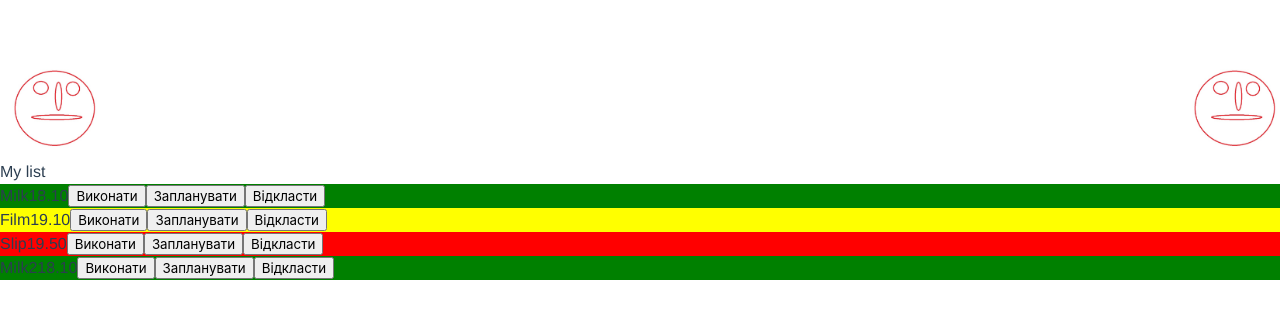
Repository: Olegche/sushi
Page: /
An editor plug-in stored every save of this project. The page is shown before and after the next save, followed by the edit.
The browser window is 1280 px wide. The pictures show the whole page.
The project was rebuilt for these pictures with package versions that can differ from the ones it lists, and the page was loaded fresh each time.

Above is the page before, as saved 2020-10-12 10:11:55.

After the next save:
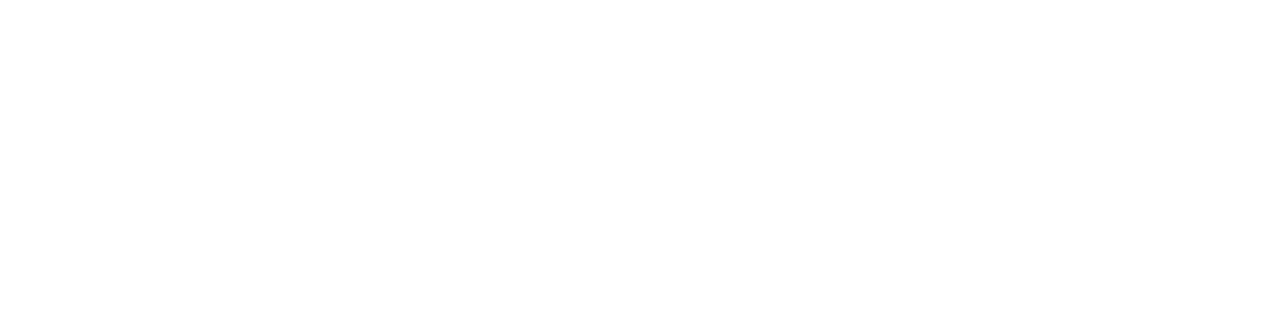
Saved 30 s later.
--- a/src/components/TodoList/index.vue
+++ b/src/components/TodoList/index.vue
@@ -5,7 +5,7 @@
 <img :src="imm" class="img">
 </div>
             <div class="img-2">
-<img :src="imm" alt=""  class="img">
+<img :src="require(data[0].img)" alt=""  class="img">
 </div>
 </div>
         <div>{{title}}</div>

After the 2 saves that followed:
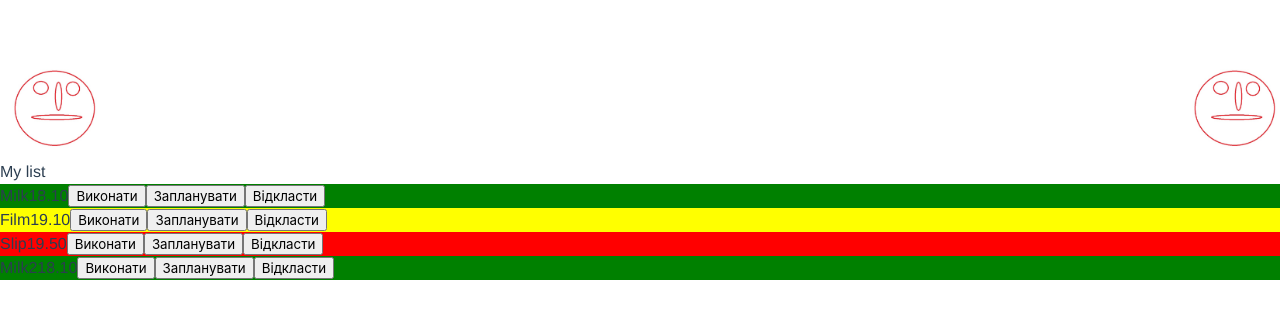
The 2 saves are shown as one change because 1 left the picture as it was.
The last was saved 67 s later.
--- a/src/components/TodoList/index.vue
+++ b/src/components/TodoList/index.vue
@@ -5,7 +5,7 @@
 <img :src="imm" class="img">
 </div>
             <div class="img-2">
-<img :src="require(data[0].img)" alt=""  class="img">
+<img :src="require(`@/assets/images/${data[0].img}`)" alt=""  class="img">
 </div>
 </div>
         <div>{{title}}</div>
